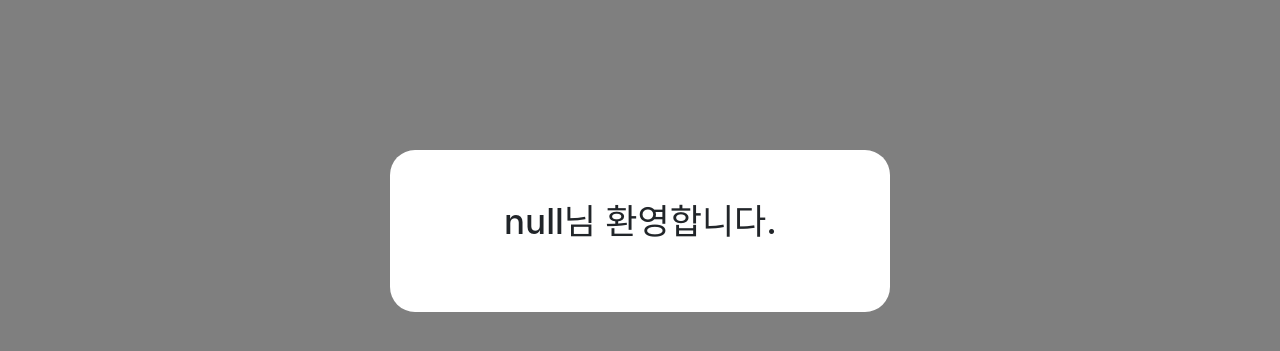
Repository: Jungsol/Servlet_JSP_study
Page: http://localhost/JSP/ex13Login/loginTrue.jsp
These files come from the project's save history. The page is drawn as it stood at one moment and after the next save; the edit follows.
The browser window is 1280 px wide. The pictures show the whole page.
Some web libraries are served in a nearby version. The page is served by Tomcat 9. Other server files are loaded and not shown.

Above is the page before, as saved 2023-06-19 12:11:37.
Console error: TypeError: Cannot read properties of undefined (reading 'fn')

### JSP/src/main/webapp/ex13Login/loginTrue.jsp
<%@ page language="java" contentType="text/html; charset=EUC-KR"
    pageEncoding="EUC-KR"%>
<!DOCTYPE html>
<html>
<head>
	<meta charset="EUC-KR">
	<title>Insert title here</title>
	<link href="//maxcdn.bootstrapcdn.com/bootstrap/4.1.1/css/bootstrap.min.css" rel="stylesheet" id="bootstrap-css">
	<link href="login.css" rel="stylesheet">
	<script src="//maxcdn.bootstrapcdn.com/bootstrap/4.1.1/js/bootstrap.min.js"></script>
	<script src="//cdnjs.cloudflare.com/ajax/libs/jquery/3.2.1/jquery.min.js"></script>
</head>
<body id="LoginForm">
	<div class="container">
		<div class="main-div">
			<div class="panel">
				<!-- id를 웹페이지에 출력하시오. -->
				<%-- <h1><%=request.getParameter("nick") %>를 환영합니다.</h1> --%>
				<h1><%=session.getAttribute("user_nick") %>님 환영합니다.</h1>


			</div>
		</div>
	</div>

</body>
</html>

### JSP/src/main/webapp/ex13Login/login.css
@charset "EUC-KR";

@charset "EUC-KR";

body#LoginForm {
	background-color: rgba(0,0,0,0.5);
}

.form-heading {
	color: #fff;
	font-size: 23px;
}

.panel h2 {
	color: #444444;
	font-size: 18px;
	margin: 0 0 8px 0;
}

.panel h1{
	font-size: 35px;
	margin: 0;
	text-align: center;
}

.panel p {
	color: #777777;
	font-size: 14px;
	margin-bottom: 30px;
	line-height: 24px;
}
.panel a{
	display: block;
	text-align: center;
	margin-top: 15px;
}

.login-form .form-control {
	background: #f7f7f7 none repeat scroll 0 0;
	border: 1px solid #d4d4d4;
	border-radius: 4px;
	font-size: 14px;
	height: 50px;
	line-height: 50px;
}

.main-div {
	background: #ffffff none repeat scroll 0 0;
	border-radius: 25px;
	margin: 150px auto 30px;
	width:500px;
	padding: 50px 70px 70px 71px;
}

.login-form .form-group {
	margin-bottom: 10px;
}

.login-form {
	text-align: center;
}

.login-form  .btn.btn-primary {
	background: #f0ad4e none repeat scroll 0 0;
	border-color: #f0ad4e;
	color: #ffffff;
	font-size: 14px;
	width: 100%;
	height: 50px;
	line-height: 50px;
	padding: 0;
}

.botto-text {
	color: #ffffff;
	font-size: 14px;
	margin: auto;
}

.login-form .btn.btn-primary.reset {
	background: #ff9900 none repeat scroll 0 0;
}

.back {
	text-align: left;
	margin-top: 10px;
}

.back a {
	color: #444444;
	font-size: 13px;
	text-decoration: none;
}

After the next save:
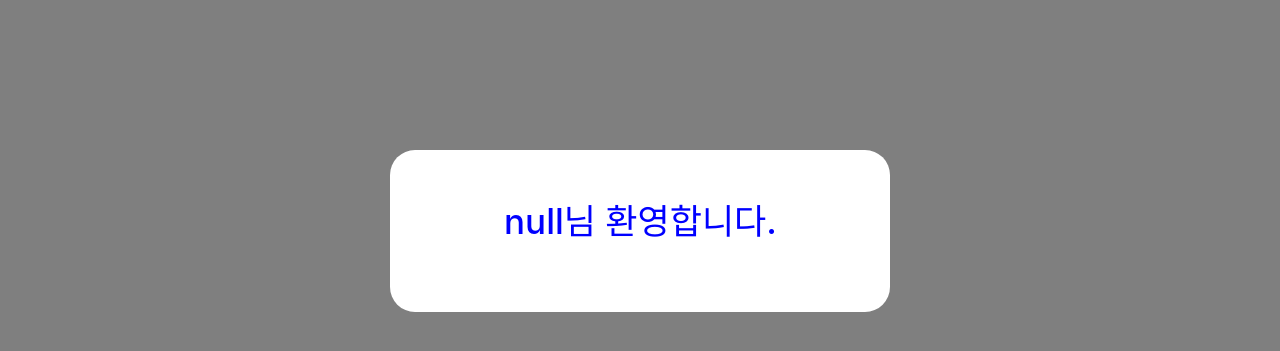
Saved 17 s later.
--- a/JSP/src/main/webapp/ex13Login/loginTrue.jsp
+++ b/JSP/src/main/webapp/ex13Login/loginTrue.jsp
@@ -16,7 +16,7 @@
 			<div class="panel">
 				<!-- id를 웹페이지에 출력하시오. -->
 				<%-- <h1><%=request.getParameter("nick") %>를 환영합니다.</h1> --%>
-				<h1><%=session.getAttribute("user_nick") %>님 환영합니다.</h1>
+				<h1 style="color: blue"><%=session.getAttribute("user_nick") %>님 환영합니다.</h1>
 
 
 			</div>
